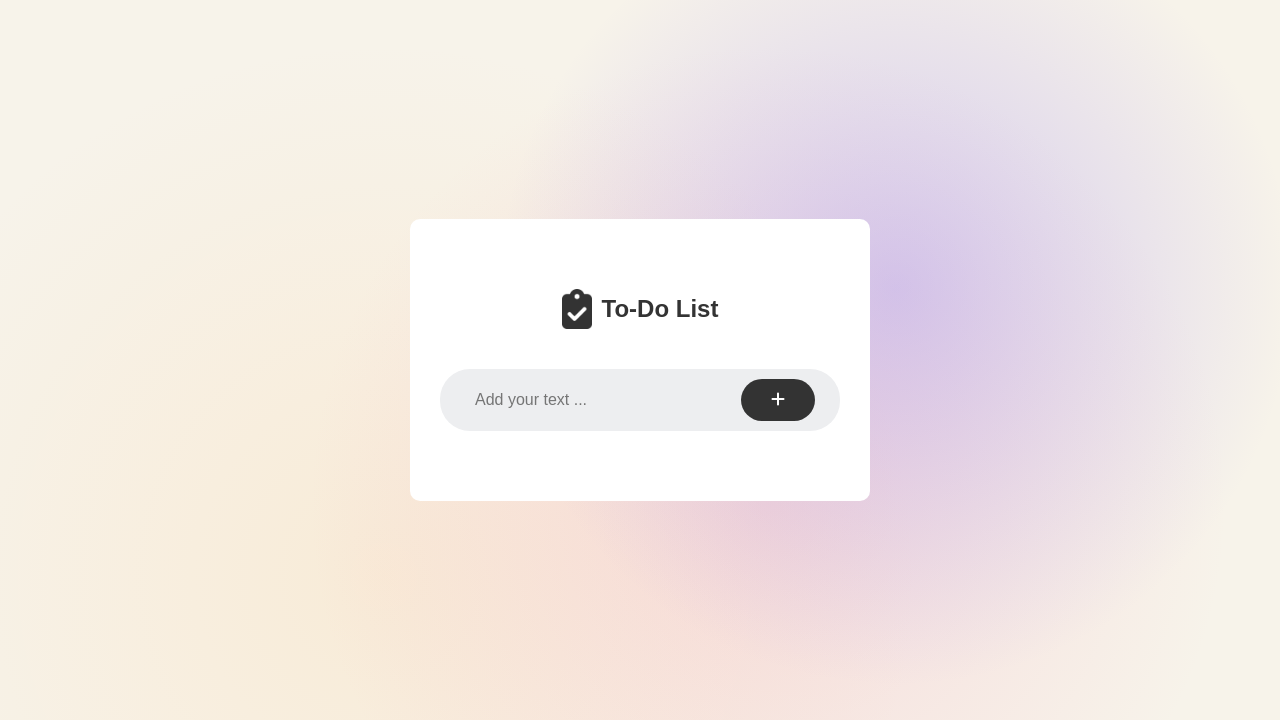
Repository: maltika/To-do_list
Page: index.html
An editor plug-in stored every save of this project. The page is shown before and after the next save, followed by the edit.
The browser window is 1280 px wide. The pictures show the whole page.

Above is the page before, as saved 2025-05-20 15:04:18.

### index.html
<!DOCTYPE html>
<html lang="en">
  <head>
    <meta charset="UTF-8" />
    <meta name="viewport" content="width=device-width, initial-scale=1.0" />
    <title>To-do List</title>
    <link rel="stylesheet" href="style.css" />
    <link
      rel="stylesheet"
      href="https://cdnjs.cloudflare.com/ajax/libs/font-awesome/6.5.0/css/all.min.css"
    />
  </head>
  <body>
    <div class="content">
      <div class="todo-app">
        <h2>
          <img src="img/Clipboard.png" />
          To-Do List
        </h2>
        <div class="row">
          <input type="text" id="input-box" placeholder="Add your text ..." />
          <button onclick="addTask()"><i class="fa-solid fa-plus"></i></button>
        </div>
        <ul id="list-container">
            <!-- <li class="checked"> Task 1 </li>
            <li> Task 2 </li>
            <li> Task 3 </li> -->
        </ul>
      </div>
    </div>
    <script src="script.js"></script>
  </body>
</html>

### style.css
body {
    margin: 0;
    padding: 0;
    min-height: 100vh;
    background-color: #f7f3ea;
    /* พื้นหลังหลัก */

    background-image:
        radial-gradient(circle at 70% 40%, rgba(128, 104, 243, 0.3), transparent 40%),
        radial-gradient(circle at 60% 70%, rgba(244, 148, 177, 0.25), transparent 50%),
        radial-gradient(circle at 30% 80%, rgba(255, 204, 140, 0.2), transparent 50%);

    background-repeat: no-repeat;
    background-size: cover;
    font-family: sans-serif;
}

.content {
    display: flex;
    justify-content: center;
    align-items: center;
    height: 100vh;
    /* text-align: center; */
    color: #333;
}

* {
    margin: 0;
    padding: 0;
    font-family: 'Poppins', sans-serif;
    box-sizing: border-box;
}

.todo-app {
    width: 100%;
    max-width: 460px;
    background-color: #fff;
    margin: 100px auto px;
    padding: 40px 30px 70px;
    border-radius: 10px;
    border-color: #A6A6A6;
}

.todo-app h2 {
    color: #333;
    display: flex;
    align-items: center;
    margin-top: 30px;
    margin-bottom: 40px;
    justify-content: center;
}

.todo-app h2 img {
    width: 30px;
    margin-right: 10px;
}

.row {
    display: flex;
    align-items: center;
    background: #edeef0;
    border-radius: 30px;
    padding: 10px 25px;
    margin-bottom: 25px 30px 0 30px;
    gap: 10px;
}

input {
    flex: 1;
    border: none;
    outline: none;
    background: transparent;
    padding: 10px;
    font-size: 16px;
}

button {
    border: none;
    outline: none;
    background: #333;
    color: #fff;
    padding: 12px 30px;
    font-size: 16px;
    cursor: pointer;
    border-radius: 40px;
}

ul li {
    list-style: none;
    font-size: 17px;
    padding: 12px 8px 12px 55px;
    margin-left: 30px;
    margin-right: 30px;
    user-select: none;
    cursor: pointer;
    position: relative;
}

ul li::before {
    content: '';
    position: absolute;
    height: 22px;
    width: 22px;
    border-radius: 50%;
    background-image: url(img/unchecked.png);
    background-size: cover;
    background-position: center;
    top: 11px;
    left: 10px;
}

ul li::after {
    content: '';
    position: absolute;
    left: 8px;
    bottom: -2px;
    width: 100%;
    max-width: 330px;
    height: 1px;

    /* ความหนาของเส้น */
    background-color: #A6A6A6;
    /* สีของเส้น */
    margin-top: 110px;
}

ul li.checked {
    color: #A6A6A6;
    font-style: italic;
    text-decoration: line-through;
}

ul li.checked::before {
    background-image: url(img/checked.png);

}

ul li span {
    position: absolute;
    right: 0;
    top: 5px;
    width: 40px;
    height: 40px;
    font-size: 22px;
    color: #A6A6A6;
    line-height: 40px;
    text-align: center;
    border-radius: 50px;
}

ul li span:hover{
    background-color: #dcdbdb;
}

### script.js
const inputBox = document.getElementById("input-box")
const listContainer = document.getElementById("list-container")

function addTask() {
    if (inputBox.value === '') {
        alert("You must write something!");
    }
    else {
        let li = document.createElement("li");
        li.innerHTML = inputBox.value;
        listContainer.appendChild(li);
        let span = document.createElement("span");
        span.innerHTML = "\u00d7";
        li.appendChild(span)
    }
    inputBox.value = "";
    saveData();
}

listContainer.addEventListener("click", function (e) {
    if(e.target.tagName === "LI") {
        e.target.classList.toggle("checked");
        saveData();
    }
    else if(e.target.tagName === "SPAN") {
        e.target.parentElement.remove();
        saveData();
    }
}, false);

function saveData(){
    localStorage.setItem("data" , listContainer.innerHTML);
}

function showTask(){
    listContainer.innerHTML = localStorage.getItem("data");
}
showTask();

After the next save:
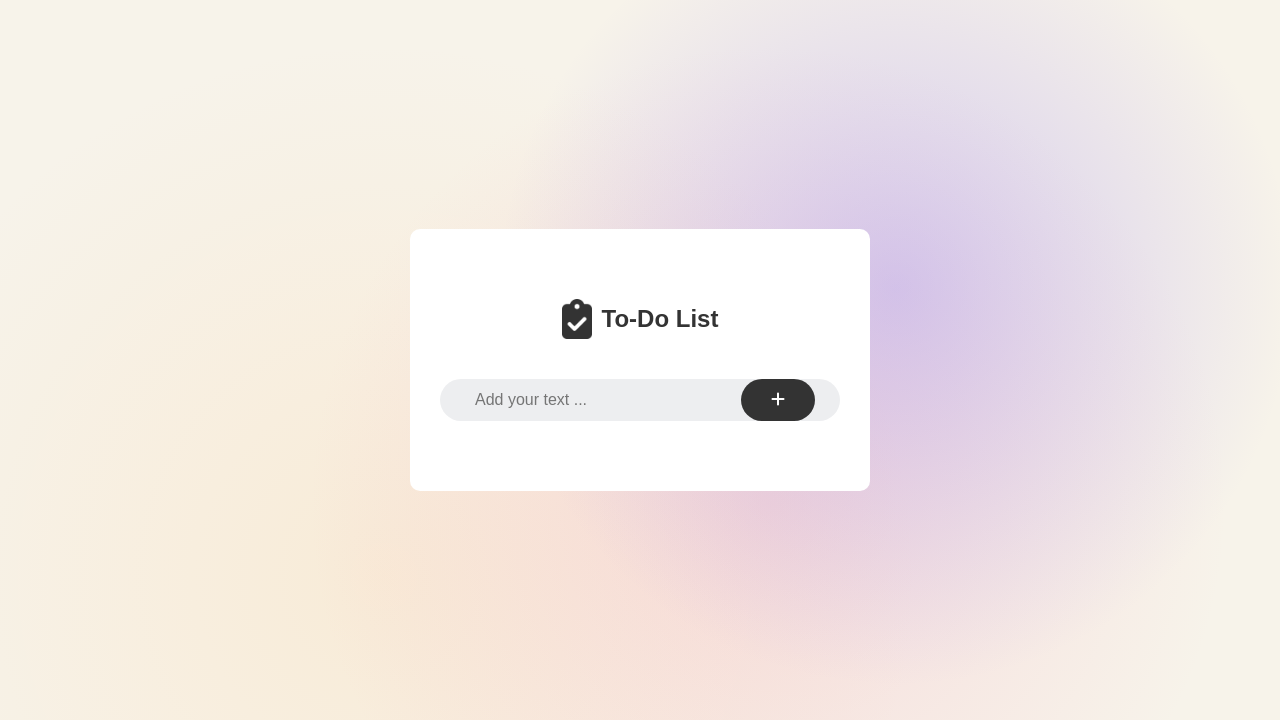
Saved 7 s later.
--- a/style.css
+++ b/style.css
@@ -60,7 +60,7 @@ body {
     align-items: center;
     background: #edeef0;
     border-radius: 30px;
-    padding: 10px 25px;
+    padding: 0 25px;
     margin-bottom: 25px 30px 0 30px;
     gap: 10px;
 }
